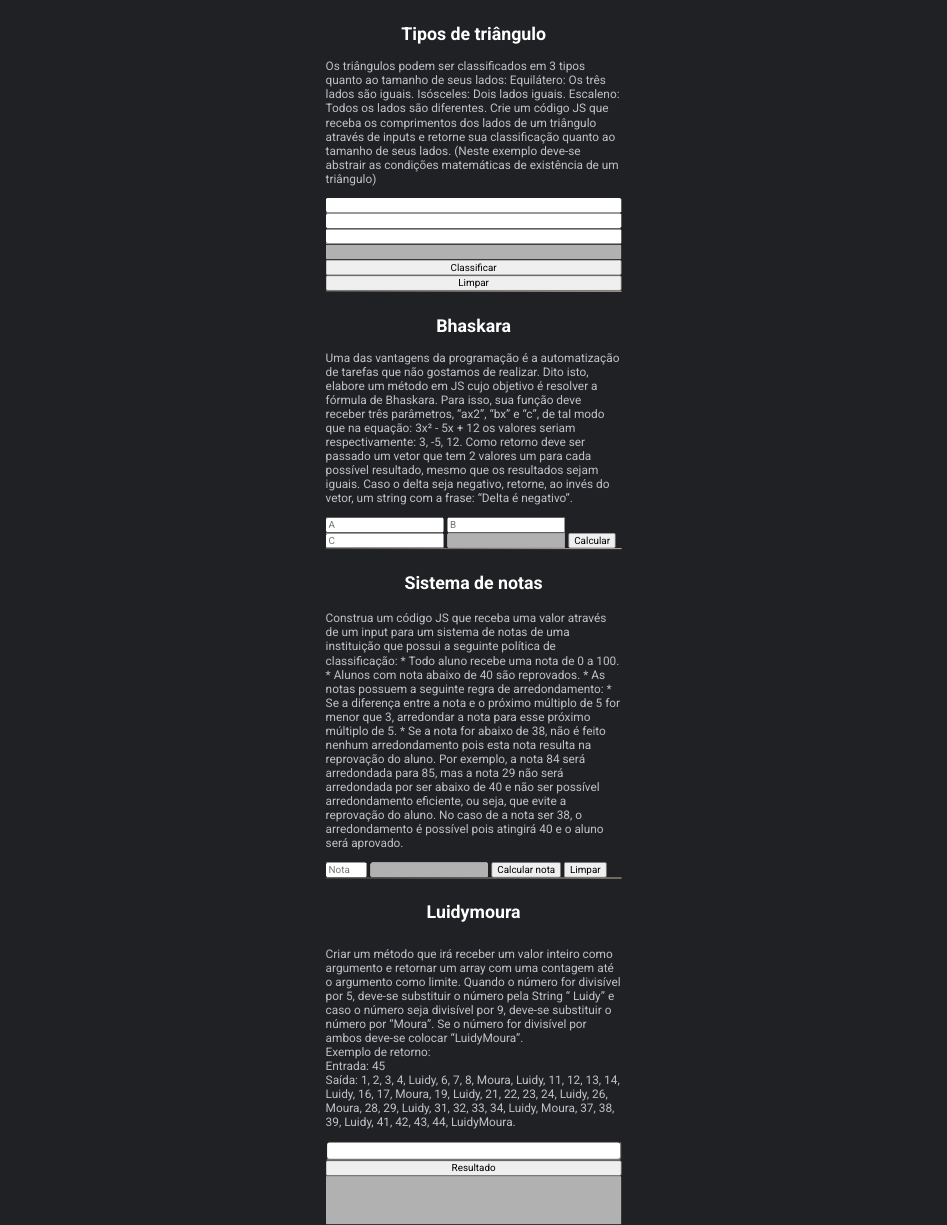
Repository: viviij/Fun-es-Simples-JavaScript
Page: index.html
An editor plug-in stored every save of this project. The page is shown before and after the next save, followed by the edit.
The browser window is 1280 px wide. The pictures show the whole page, at 74% of full size.

Above is the page before, as saved 2022-08-26 21:00:16.

### index.html
<!DOCTYPE html>
<html lang="ptBR">
  <head>
    <meta charset="UTF-8">
    <link rel="preconnect" href="https://fonts.gstatic.com" crossorigin>
    <link rel="preconnect" href="https://fonts.googleapis.com">
    <meta http-equiv="X-UA-Compatible" content="IE=edge">
    <meta name="viewport" content="width=device-width, initial-scale=1.0">

    <link href="https://fonts.googleapis.com/css2?family=Roboto:wght@400;700&display=swap" rel="stylesheet">

    <link rel="stylesheet" href="styles.css">
    <title>Prova C3C</title>
  </head>
  <body>
    <div class="container">
      <section class="tipos_de_Triângulo">
        <header>
          <h1>Tipos de triângulo</h1>
          <p>
            Os triângulos podem ser classificados em 3 tipos quanto ao tamanho de seus lados:

            Equilátero: Os três lados são iguais.
            Isósceles: Dois lados iguais.
            Escaleno: Todos os lados são diferentes.

            Crie um código JS que receba os comprimentos dos lados de um triângulo através de inputs e retorne sua classificação quanto ao tamanho de seus lados. (Neste exemplo deve-se abstrair as condições matemáticas de existência de um triângulo)
          </p>

        </header>
        <div class="main">
          <input type="number" name="trianguloLado1" id="trianguloLado1"/>
          <input type="number" name="trianguloLado2" id="trianguloLado2"/>
          <input type="number" name="trianguloLado3" id="trianguloLado3"/>

          <input type="text" name="tipoDeTriangulo" id="tipoDeTriangulo" disabled/>

          <button id="classificacaoTriangulo">Classificar</button>
          <button id="limparInputBotao">Limpar</button>
        </div>
      </section>

      <div class="linhaDeDivisaoDasQuestoes"></div>

      <section class="Bhaskara">
        <header>
          <h2>Bhaskara</h2>
          <p>Uma das vantagens da programação é a automatização de tarefas que não gostamos de realizar. Dito isto, elabore um método em JS cujo objetivo é resolver a fórmula de Bhaskara.

            Para isso, sua função deve receber três parâmetros, “ax2”, “bx” e “c”, de tal modo que na equação: 3x² - 5x + 12 os valores seriam respectivamente: 3, -5, 12.

            Como retorno deve ser passado um vetor que tem 2 valores um para cada possível resultado, mesmo que os resultados sejam iguais.

            Caso o delta seja negativo, retorne, ao invés do vetor, um string com a frase: “Delta é negativo”.</p>
        </header>
        <div class="main">
          <input type="number" name="bhaskaraValorA" id="bhaskaraValorA" placeholder="A"/>
          <input type="number" name="bhaskaraValorB" id="bhaskaraValorB" placeholder="B"/>
          <input type="number" name="bhaskaraValorC" id="bhaskaraValorC" placeholder="C"/>

          <input type="text" name="resultadoBhaskara" id="resultadoBhaskara" disabled/>
          <button id="calcularBhaskara">Calcular</button>
        </div>
      </section>

      <div class="linhaDeDivisaoDasQuestoes"></div>

      <section class="Sistema de Notas">
        <header>
          <h3>Sistema de notas</h3>
          <p>Construa um código JS que receba uma valor através de um input para um sistema de notas de uma instituição que possui a seguinte política de classificação:

          * Todo aluno recebe uma nota de 0 a 100.
          * Alunos com nota abaixo de 40 são reprovados.
          * As notas possuem a seguinte regra de arredondamento:
            * Se a diferença entre a nota e o próximo múltiplo de 5 for menor que 3, arredondar a nota para esse próximo múltiplo de 5.
            * Se a nota for abaixo de 38, não é feito nenhum arredondamento pois esta nota resulta na reprovação do aluno.

          Por exemplo, a nota 84 será arredondada para 85, mas a nota 29 não será arredondada por ser abaixo de 40 e não ser possível arredondamento eficiente, ou seja, que evite a reprovação do aluno.
          No caso de a nota ser 38, o arredondamento é possível pois atingirá 40 e o aluno será aprovado.</p>
        </header>
        <div class="main">
          <input type="number" name="notaRecebida" id="notaRecebida"  min="0" max="100" placeholder="Nota"/>

          <input type="text" name="arredondamentoNota" id="arredondamentoNota" disabled/>

          <button id="calcularNota">Calcular nota</button>
          <button id="limparNota">Limpar</button>
        </div>
      </section>

      <div class="linhaDeDivisaoDasQuestoes"></div>

      <section class="LuidyMoura">
        <header>
          <h4>Luidymoura</h4>
          <p>Criar um método que irá receber um valor inteiro como argumento e retornar um array com uma contagem até o argumento como limite.

          Quando o número for divisível por 5, deve-se substituir o número pela String “ Luidy” e caso o número seja divisível por 9, deve-se substituir o número por  “Moura”.
          Se o número for divisível por ambos deve-se colocar “LuidyMoura”.
          <br/>
          Exemplo de retorno:
          <br/>

          Entrada:
          45
          <br/>

          Saída:
          1, 2, 3, 4, Luidy, 6, 7, 8, Moura, Luidy, 11, 12, 13, 14, Luidy, 16, 17, Moura, 19, Luidy, 21, 22, 23, 24, Luidy, 26, Moura, 28, 29, Luidy, 31, 32, 33, 34, Luidy, Moura, 37, 38, 39, Luidy, 41, 42, 43, 44, LuidyMoura.</p>
        </header>
        <div class="main">
          <input type="number" name="valorLuidyMoura" id="valorLuidyMoura">
          <button id="calculoLuidyMoura">Resultado</button>
          <textarea type="form" name="resultadoLuidyMoura" id="resultadoLuidyMoura" style="resize: none" disabled></textarea>
        </div>
      </section>
    </div>
    <script src="./js/tipos_de_triangulo.js"></script>
    <script src="./js/sistema_de_notas.js"></script>
    <script src="./js/luidymoura.js"></script>
    <script src="./js/bhaskara.js"></script>
  </body>
</html>

### styles.css
body {
  margin: 0;
  padding: 0;
  box-sizing: border-box;
  background: var(--background-color);
  display: flex;
  justify-content: center;
  font-family: 'Roboto', sans-serif;
  font-weight: 400;
}

body h1,
h2,
h3,
h4,
h5,
h6,
h7,
h8 {
  font-family: 'Roboto', sans-serif;
  font-weight: 700;
}

button,
input,
textarea,
select {
  outline: 0;
  font-family: 'Roboto', sans-serif;
  font-weight: 400;
}

a {
  text-decoration: none;
}

ul {
  list-style: none;
}

:root {
  /*CORES GLOBAIS*/
  --text-color: #bdc1c6;
  --background-color: #202124;
  --title-color: #ffffff;

}

.container section {
  max-height: auto;
  max-width: 400px;
}

section {
  color: var(--text-color);
  margin-top: 2rem;
}

.container .linhaDeDivisaoDasQuestoes {
  height: 1px;
  background: linear-gradient(270deg,
      hsla(33, 100%, 88%, 1) 0%,
      hsla(33, 65%, 88%, 0.34) 100%);
}

section h1,
h2,
h3,
h4,
h5 {
  display: flex;
  justify-content: center;
  font-size: 1.5rem;
  color: var(--title-color);
}

/*Tipos_de_Triângulo QUESTAO 1*/

.tipos_de_Triângulo .main {
  display: flex;
  flex-direction: column;
}

.container .questao_2 {}

.container .questao_3 {}


/*LuidyMoura QUESTAO 4*/
.LuidyMoura .main {
  display: flex;
  flex-direction: column;
}

#valorLuidyMoura {
  height: 20px;
  width: auto;
  box-shadow: none;
  border-radius: 5px;
  text-align: center;
}

#calculoLuidyMoura {
  width: 100%;
}

#resultadoLuidyMoura {
  height: 60px;

}

### js/tipos_de_triangulo.js
//Selecionando itens do HTML
const trianLado1 = document.querySelector("#trianguloLado1");
const trianLado2 = document.querySelector("#trianguloLado2");
const trianLado3 = document.querySelector("#trianguloLado3");
const tipoDeTrian = document.querySelector("#tipoDeTriangulo");
const classTrian = document.querySelector("#classificacaoTriangulo") ;
const limparInput = document.querySelector("#limparInputBotao");
//Marcar "erro" caso alguma resposta nao seja preenchida
trianLado1.onblur = () => {
  if(trianLado1.value == "") {
    trianLado1.style = "border-color: #aa0044";
  }else{
    trianLado1.style = "color: #000000";
  }
}

trianLado2.onblur = () => {
  if(trianLado2.value == "") {
    trianLado2.style = "border-color: #aa0044";
  }else{
    trianLado2.style = "color: #000000";
  }
}

trianLado3.onblur = () => {
  if(trianLado3.value == "") {
    trianLado3.style = "border-color: #aa0044";
  }else{
    trianLado3.style = "color: #000000";
  }
}

//Limpar input apos clicar no botao Limpar
limparInput.onclick = () => {
  trianLado1.value = "";
  trianLado2.value = "";
  trianLado3.value = "";
  tipoDeTrian.value = "";
}

//Classificar o tipo de triangulo apos clicar no botao Classificar
classTrian.onclick = () => {
  //Dar foco no input vazio
  if (trianLado1.value == "" && trianLado2.value != "" && trianLado3.value != "") {
    trianLado1.focus();
  }else if (trianLado2.value == "" && trianLado1.value != "" && trianLado3.value != "") {
    trianLado2.focus();
  }else if (trianLado3.value == "" && trianLado1.value != "" && trianLado2.value != "") {
    trianLado3.focus();
  }

  if(trianLado1.value != "" && trianLado2.value != "" && trianLado3.value != "") {

    if (trianLado1.value != trianLado2.value && trianLado1.value != trianLado3.value && trianLado2.value != trianLado3.value) {
      tipoDeTrian.value = "Escaleno: Todos os lados são diferentes.";

    }else if (trianLado1.value == trianLado2.value && trianLado1.value == trianLado3.value && trianLado2.value == trianLado3.value) {
      tipoDeTrian.value = "Equilátero: Os três lados são iguais.";

    }else{
      tipoDeTrian.value = "Isósceles: Dois lados iguais.";

    }
  }
}

### js/sistema_de_notas.js
const notaRec = document.querySelector("#notaRecebida");
const arreNota = document.querySelector("#arredondamentoNota");
const calcNota = document.querySelector("#calcularNota");
const limparNota = document.querySelector("#limparNota")

//Marcar "erro" caso alguma resposta nao seja preenchida
notaRec.onblur = () => {
  if(notaRec.value == "") {
    notaRec.style = "border-color: #aa0044";
  }else{
    notaRec.style = "color: #000000";
  }
}

//Limpar input apos clicar no botao Limpar
limparNota.onclick = () => {
  notaRec.value = "";
  arreNota.value = "";
}

calcNota.onclick = () => {
  //Dar foco no input vazio
  if (notaRec.value == "") {
    notaRec.focus();
  }
  if(notaRec.value != "") {
    //Função do calculo da nota
    if (notaRec.value > 100 || notaRec.value < 0) {
      arreNota.value = "Valor inválido! Por favor digite um numero de 0 a 100.";
    }else if (notaRec.value < 38) {
      return arreNota.value = "Nem com milagre esse ser vai passar :("
    }

    const tabuadaDo5 = [5, 10, 15, 20, 25, 30, 35, 40, 45, 50, 55, 60, 65, 70, 75, 80, 85, 90, 95, 100];

    for (let i in tabuadaDo5) {
      const int = (nota) => {
        nota = Number.parseFloat(nota);
        return nota
      }
      if (int(notaRec.value)+2 >= tabuadaDo5[i]) {
        arreNota.value = tabuadaDo5[i];
      }
    }
  }
}

### js/luidymoura.js
const valorLuidyM = document.querySelector("#valorLuidyMoura")
const resLuidyM = document.querySelector("#resultadoLuidyMoura")
const calcLuidyM = document.querySelector("#calculoLuidyMoura")
function range(n) {//Função responsavel po ir do 0 até o valor x
  const listaNumerica = []
  for (i = 0; i < n; i++) {
    listaNumerica.push(i+1)
  }

  return listaNumerica
}

//Marcar "erro" caso alguma resposta nao seja preenchida
valorLuidyM.onblur = () => {
  if(valorLuidyM.value == "") {
    valorLuidyM.style = "border-color: #aa0044";
  }else{
    valorLuidyM.style = "color: #000000";
  }
}

calcLuidyM.onclick = () => {
  //dar focus no input caso n tenha sido preenchido
  if (valorLuidyM.value == "") {
    valorLuidyM.focus();
  }

  //logica do luidymoura
  if (valorLuidyM != "") {
    contagem = range(valorLuidyM.value)

    //Divisivel por 9 e 5
    let lista = []
    for (let contador in contagem) {

      //divisivel apenas por 5
      if (contagem[contador] % 9 != 0 && contagem[contador] % 5 == 0) {
        lista.push("Luidy")
      }

      //Divisivel apenas por 9
      if (contagem[contador] % 9 == 0 && contagem[contador] % 5 != 0) {
        lista.push("Moura")
      }

      //divisivel por 5 e 9
      if (contagem[contador] % 9 == 0 && contagem[contador] % 5 == 0) {
        lista.push("LuidyMoura")
      }else if (contagem[contador] % 9 != 0 && contagem[contador] % 5 != 0){
        lista.push(contagem[contador])
      }
    }
    resLuidyM.value = lista
  }

}

### js/bhaskara.js
//Selecionando itens do HTML
const bhaskaVA = document.querySelector("#bhaskaraValorA");
const bhaskaVB = document.querySelector("#bhaskaraValorB");
const bhaskaVC = document.querySelector("#bhaskaraValorC");
const resBhaska = document.querySelector("#resultadoBhaskara");
const calcBhaska = document.querySelector("#calcularBhaskara");
//Marcar "erro" caso alguma resposta nao seja preenchida
bhaskaVA.onblur = () => {
  if(bhaskaVA.value == "") {
    bhaskaVA.style = "border-color: #aa0044";
  }else{
    bhaskaVA.style = "color: #000000";
  }
}

bhaskaVB.onblur = () => {
  if(bhaskaVB.value == "") {
    bhaskaVB.style = "border-color: #aa0044";
  }else{
    bhaskaVB.style = "color: #000000";
  }
}

bhaskaVC.onblur = () => {
  if(bhaskaVC.value == "") {
    bhaskaVC.style = "border-color: #aa0044";
  }else{
    bhaskaVC.style = "color: #000000";
  }
}

//Calcular os valores de bhaskara


calcBhaska.onclick = () => {
  //Dar foco no input vazio
  if (bhaskaVA.value == "" && bhaskaVB.value != "" && bhaskaVC.value != "") {
    bhaskaVA.focus();
  }else if (bhaskaVB.value == "" && bhaskaVA.value != "" && bhaskaVC.value != "") {
    bhaskaVB.focus();
  }else if (bhaskaVC.value == "" && bhaskaVA.value != "" && bhaskaVB.value != "") {
    bhaskaVC.focus();
  }

  if (bhaskaVC.value != "" && bhaskaVA.value != "" && bhaskaVB.value != ""){
    //Função de bhaskara
    const valorDelta = (bhaskaVB.value*bhaskaVB.value) - 4*bhaskaVA.value*(bhaskaVC.value);

    if(valorDelta < 0) {
      resBhaska.value = "Delta é negativo";
    }else{
      let calculoDeX = (-bhaskaVB.value+Math.sqrt(valorDelta))/(2*bhaskaVA.value);
      let calculoDeX2 = (-bhaskaVB.value-Math.sqrt(valorDelta))/(2*bhaskaVA.value);
      bhaskaVA.value = ""
      bhaskaVB.value = ""
      bhaskaVC.value = ""

      resBhaska.value = [calculoDeX, calculoDeX2];
    }
  }
}

After the next save:
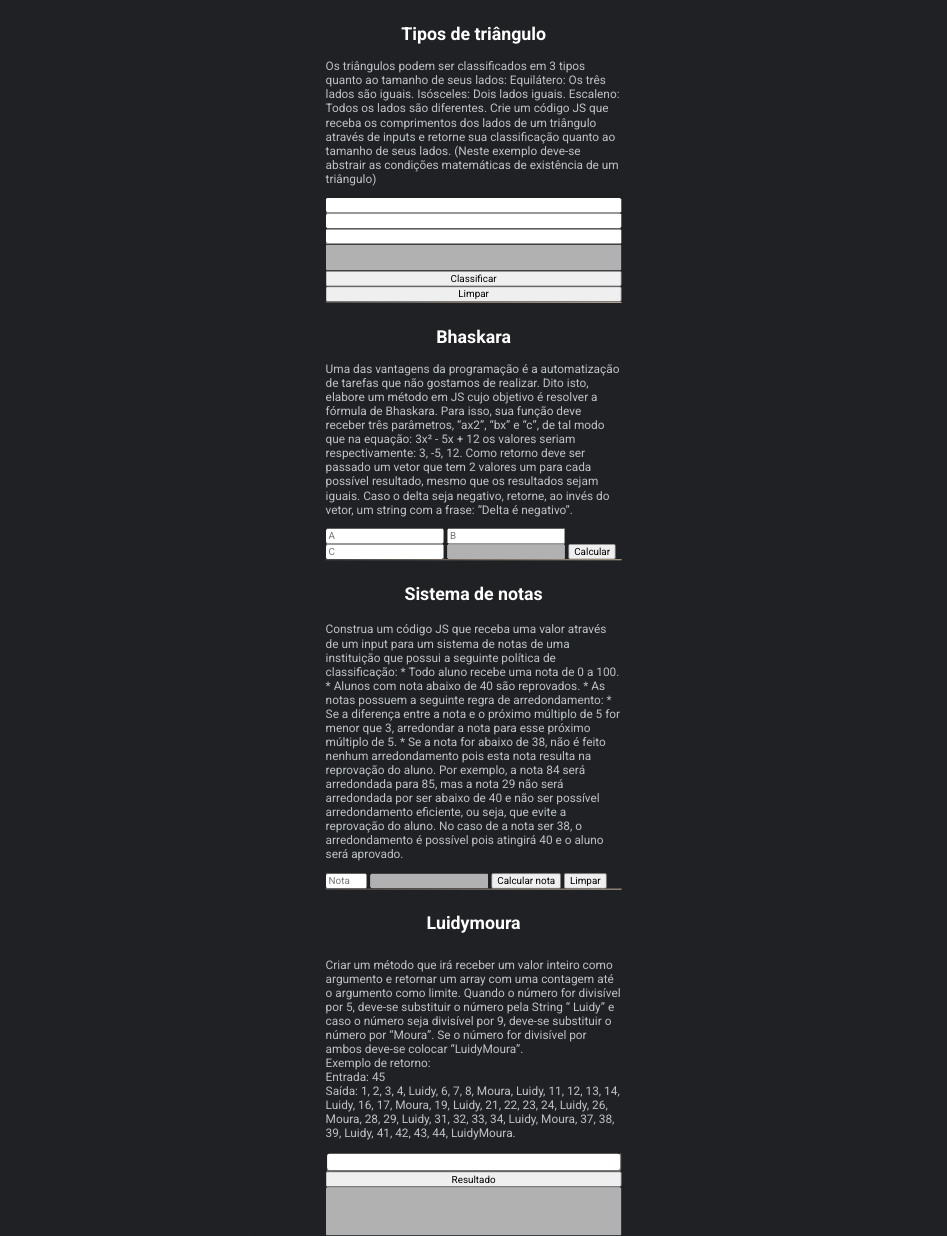
Saved 3 min 26 s later.
--- a/index.html
+++ b/index.html
@@ -33,7 +33,7 @@
           <input type="number" name="trianguloLado2" id="trianguloLado2"/>
           <input type="number" name="trianguloLado3" id="trianguloLado3"/>
 
-          <input type="text" name="tipoDeTriangulo" id="tipoDeTriangulo" disabled/>
+          <textarea type="text" name="tipoDeTriangulo" id="tipoDeTriangulo" style="resize: none" disabled></textarea>
 
           <button id="classificacaoTriangulo">Classificar</button>
           <button id="limparInputBotao">Limpar</button>
--- a/styles.css
+++ b/styles.css
@@ -81,6 +81,13 @@ h5 {
   flex-direction: column;
 }
 
+
+#trianguloLado1,
+#trianguloLado2,
+#trianguloLado3 {
+  text-align: center;
+}
+
 .container .questao_2 {}
 
 .container .questao_3 {}
